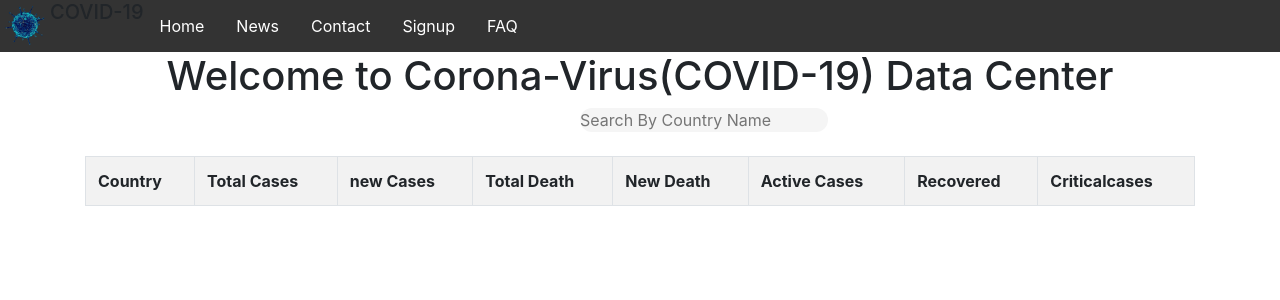
Repository: xthashankar/COVID-19-data-
Page: index.html
The author's editor kept a copy of each file at every save. The page is drawn from the files as they stood at one save, then again after the next save.
The browser window is 1280 px wide. The pictures show the whole page.
The page's requests for data from a server got no answer.

Above is the page before, as saved 2020-04-15 18:49:56.

After the next save:
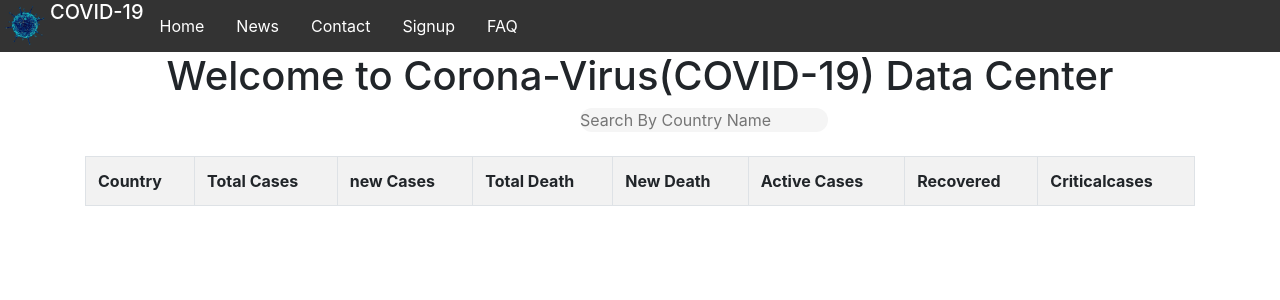
Saved 3 min 47 s later.
--- a/css/styles.css
+++ b/css/styles.css
@@ -106,6 +106,6 @@ img{
     display: block;
   }
   .nav h5{
-   text-decoration: whitesmoke;
-    text-align: center;
+    float: right;
+	color: white;
   }
